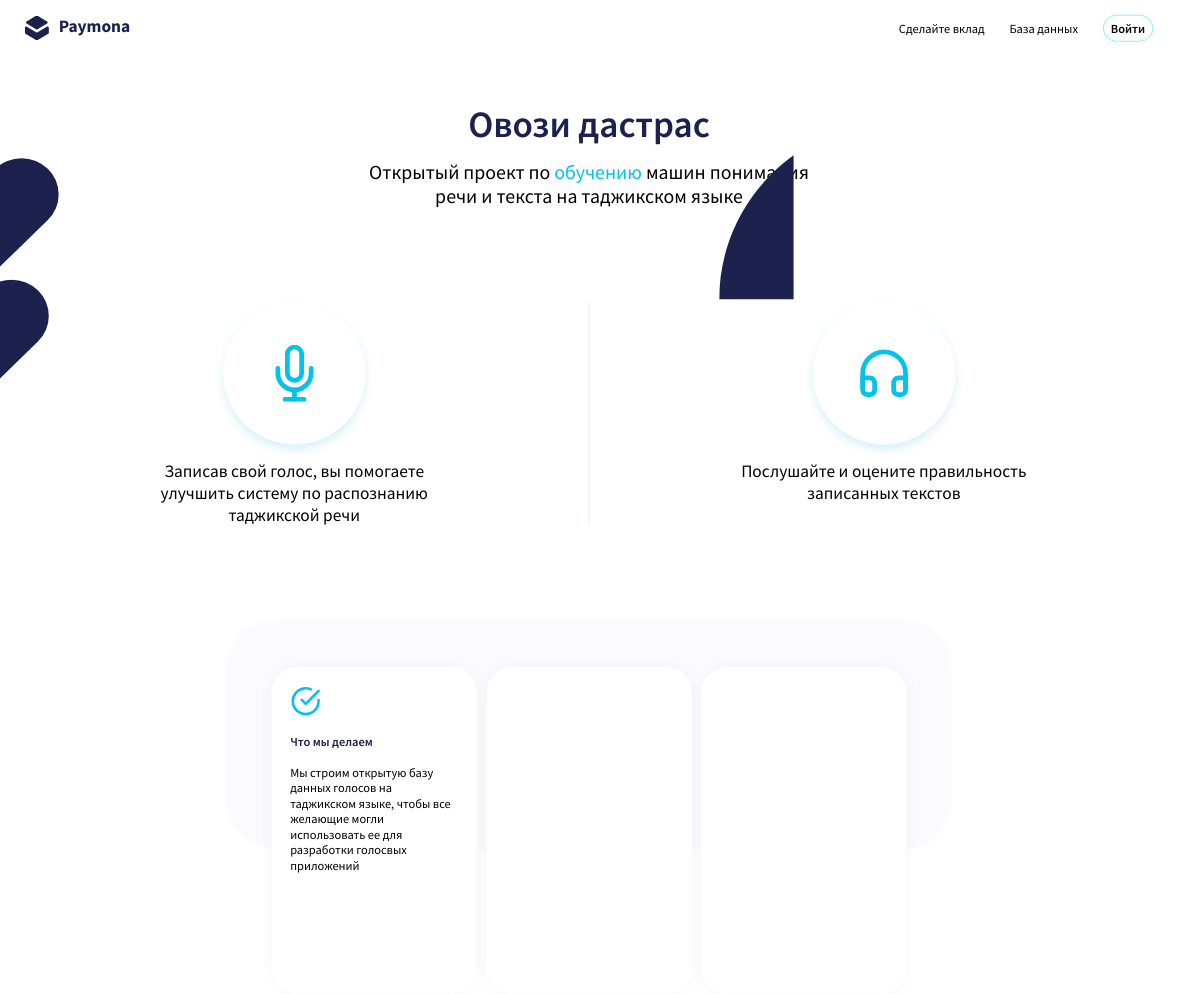
Repository: Amin444/Paymona-Sadp
Page: index.html
These files come from the project's save history. The page is drawn as it stood at one moment and after the next save; the edit follows.
The browser window is 1280 px wide. The page is 1900 px wide, so the pictures cover 1900 px, including what lies to the right of the window. The pictures show the whole page, at 62% of full size.

Above is the page before, as saved 2021-11-11 17:46:31.

### index.html
<!DOCTYPE html>
<html lang="en">
<head>
  <meta charset="UTF-8">
  <link rel="stylesheet" href="./style.css">
  <meta http-equiv="X-UA-Compatible" content="IE=edge">
  <meta name="viewport" content="width=device-width, initial-scale=1.0">
  <title>Paymona Sado</title>
</head>
<body>

  <div class="root">

    <div class="container">


        <div class="header">
          <div class="logoBlock">
            <img src="./img/logo.svg" class="logo" alt="">
            <p class='textLogo'>Paymona</p>
          </div>

          <div class="menu">
             <div class="items">Сделайте вклад</div>
             <div class="items">База данных</div>
             <div class="items border">Войти</div>
          </div>

        </div>

         <div class="elips">
           <svg width="120" height="285" viewBox="0 0 120 285" fill="none" xmlns="http://www.w3.org/2000/svg">
             <path d="M285 -1.24577e-05C247.573 -1.08218e-05 210.513 7.37176 175.935 21.6943C141.357 36.0169 109.939 57.0099 83.4745 83.4746C57.0098 109.939 36.0169 141.357 21.6943 175.935C7.37172 210.513 -1.57297e-05 247.573 -1.24577e-05 285L285 285L285 -1.24577e-05Z" fill="#1D214E"/>
           </svg>
         </div>

         <div class="rectangle2">
           <svg width="79" height="365" viewBox="0 0 79 365" fill="none" xmlns="http://www.w3.org/2000/svg">
             <rect width="118.426" height="472.716" rx="59.2128" transform="matrix(0.716507 0.69758 -0.716507 0.69758 18.7041 -24)" fill="#1D214E"/>
           </svg>

         </div>

         <div class="rectangle">
            <svg width="95" height="365" viewBox="0 0 95 365" fill="none" xmlns="http://www.w3.org/2000/svg">
             <rect width="118.426" height="472.716" rx="59.2128" transform="matrix(0.716507 0.69758 -0.716507 0.69758 34.7041 -24)" fill="#1D214E"/>
            </svg>
         </div>

        <div class="title">
           <h1>Овози дастрас</h1>
           <p class="desc">Открытый проект по <blue>обучению</blue> машин понимания <br> речи и текста на таджикском языке</p>
        </div>

        <div class="Listen-and-record">
           <div class="record-block">
              <div class="circles">
                <div class="imgBlock">
                  <img src="./img/Group.svg" class="asd" >
                </div>
              </div>
              <span class="text">Записав свой голос, вы помогаете улучшить систему по распознанию таджикской речи</span>
           </div>

           <hr>

           <div class="record-block">
              <div class="circles">
                <div class='imgBlock'>
                  <img src="./img/Group2.svg" class="asd" >
                </div>
              </div>
              <span class="text"> Послушайте и оцените правильность записанных текстов</span>
           </div>
        </div>

        <div class="how-we-do">
          <div class="bag">
            <div class="visible">
              <img src="./img/check-circle.svg">
              <p class="card-title">Что мы делаем</p>
              <p class="card-text">Мы строим открытую базу данных
                 голосов на таджикском языке,
                 чтобы все желающие могли использовать
                 ее для разработки голосвых приложений</p>
            </div>
            <div class="visible"></div>
            <div class="visible"></div>
          </div>
        </div>
      </div>
  </div>
</body>
</html>

### style.css
@import url('https://fonts.googleapis.com/css2?family=Source+Sans+Pro:ital,wght@0,200;0,300;0,400;0,600;0,700;0,900;1,200;1,300;1,400;1,600;1,700;1,900&display=swap');

*{
  margin: 0;
  padding: 0;
  border: none;
  outline: none;
  font-family: 'Source Sans Pro', sans-serif;
  font-weight: 500;

}

.root{
  width: 1900px;
  display: flex;
  justify-content: center;
}
.container{
  width: 100%;
}

.header{
  height: 90px;
  padding: 0 40px;
  display: flex;
  align-items: center;
  justify-content: space-between;
}

.textLogo{
  color: #1D214E;
  font-weight: 700;
  font-size: 28px;
  line-height: 35px;
}

.logo{
  width: 40px;
  height: 40px;
}
.logoBlock{
  width:170px;
  display: flex;
  justify-content: space-between;
}
.menu{
  display: flex;
  gap: 40px;
  align-items: center;
  font-weight: 400;
  font-size: 20px;
  line-height:25px;
}
.items{
  cursor: pointer;
}
.border{
  padding: 8px 12px;
  border: 1px solid rgba(73, 222, 255, 1);
  border-radius: 50px;
  font-weight: 600;
}
.title{
  margin-top: 72px;
  display: flex;
  flex-direction: column;
  align-items: center;
}

h1{
  color: rgba(29, 33, 78, 1);
  font-weight: 600;
  font-size: 60px;
  line-height:75px;
  margin-bottom: 20px;
}
.desc{
  font-weight: 400;
  font-size: 32px;
  text-align: center;
}
blue{
  color: rgba(3, 194, 236, 1);
}
.elips{
  position: absolute;
  right: 0;
  top: 198px;
}

.rectangle{
  position: absolute;
  top: 255px
}
.rectangle2{
  position: absolute;
  top: 451px
}

.Listen-and-record{
  margin-top: 150px;
  display: flex;
  justify-content: space-evenly;
}
.record-block{
  display: flex;
  align-items: center;
  flex-direction: column;
}

.circles{
  border-radius: 50%;
  box-shadow: 0px 8px 16px rgba(0, 160, 210, 0.16);
  background-color: #fff;
  width: 230px;
  height: 230px;
}
.imgBlock{
  width: 100%;
  height: 100%;
  display: flex;
  justify-content: center;
  align-items: center;
}
.asd{
  width: 40%;
  height: 40%;
}

.text{
  margin-top: 24px;
  display: block;
  text-align: center;
  width: 496px;
  font-weight: 400;
  font-size: 28px;
}
hr{
  border: 1px solid rgba(234, 243, 252, 1);
  height: 359px;
}

.how-we-do{
  margin-top: 150px;
  display: flex;
  justify-content: center;
  position: relative;
}

.bag{
  position: absolute;
  width: 80vw;
  height: 294px;
  background:#FBFAFF;
  border-radius: 80px;
  display: flex;
  justify-content: space-between;
  padding: 77px 73px 0 73px;
}
.visible{
  width: 271px;
  height:467px;
  box-shadow: 0px 0px 24px rgba(0, 0, 0, 0.04);
  border-radius: 40px;
  background:#fff;
  padding: 30px
}
.card-title{
  margin-top: 24px;
  font-weight: 600;
  font-size: 20px;
  color: rgba(29, 33, 78, 1)
}
.card-text{
  margin-top: 24px;
  font-weight: 400;
  font-size: 20px;
  lin
}

### img/logo.svg
<svg width="24" height="24" viewBox="0 0 24 24" fill="none" xmlns="http://www.w3.org/2000/svg">
<path d="M23.2727 11.9119V16.6433C23.2731 16.8543 23.2169 17.0618 23.1094 17.2464C23.0019 17.4309 22.8466 17.5864 22.6582 17.6981L12.3229 23.8128C12.1153 23.9351 11.8758 24 11.6314 24C11.387 24 11.1475 23.9351 10.9399 23.8128L0.616444 17.6943C0.427833 17.5828 0.272261 17.4273 0.164406 17.2428C0.0565516 17.0583 -2.98523e-05 16.8507 1.18183e-08 16.6396V11.9119C-3.13489e-05 11.6902 0.0623511 11.4726 0.180679 11.2816C0.299007 11.0906 0.468973 10.9331 0.672954 10.8255C0.876934 10.7179 1.1075 10.6641 1.34075 10.6696C1.574 10.6752 1.80144 10.7399 1.99949 10.8571L10.9399 16.1535C11.1475 16.2758 11.387 16.3407 11.6314 16.3407C11.8758 16.3407 12.1153 16.2758 12.3229 16.1535L21.2653 10.8571C21.4634 10.7373 21.6918 10.6704 21.9264 10.6636C22.1611 10.6567 22.3934 10.71 22.5989 10.818C22.8043 10.9259 22.9754 11.0845 23.0939 11.277C23.2125 11.4695 23.2743 11.6888 23.2727 11.9119Z" fill="#1D214E"/>
<path d="M10.9383 13.2688L1.76081 7.81102C1.57388 7.69908 1.41986 7.54397 1.31312 7.36018C1.20638 7.17639 1.15039 6.96991 1.15039 6.76C1.15039 6.5501 1.20638 6.34361 1.31312 6.15982C1.41986 5.97603 1.57388 5.82093 1.76081 5.70898L10.9344 0.193005C11.1431 0.0669478 11.3854 0 11.6328 0C11.8802 0 12.1224 0.0669478 12.3312 0.193005L21.5107 5.70898C21.6976 5.82093 21.8516 5.97603 21.9584 6.15982C22.0651 6.34361 22.1211 6.5501 22.1211 6.76C22.1211 6.96991 22.0651 7.17639 21.9584 7.36018C21.8516 7.54397 21.6976 7.69908 21.5107 7.81102L12.3253 13.2688C12.1173 13.3921 11.877 13.4575 11.6318 13.4575C11.3866 13.4575 11.1463 13.3921 10.9383 13.2688Z" fill="#1D214E"/>
</svg>

After the next save:
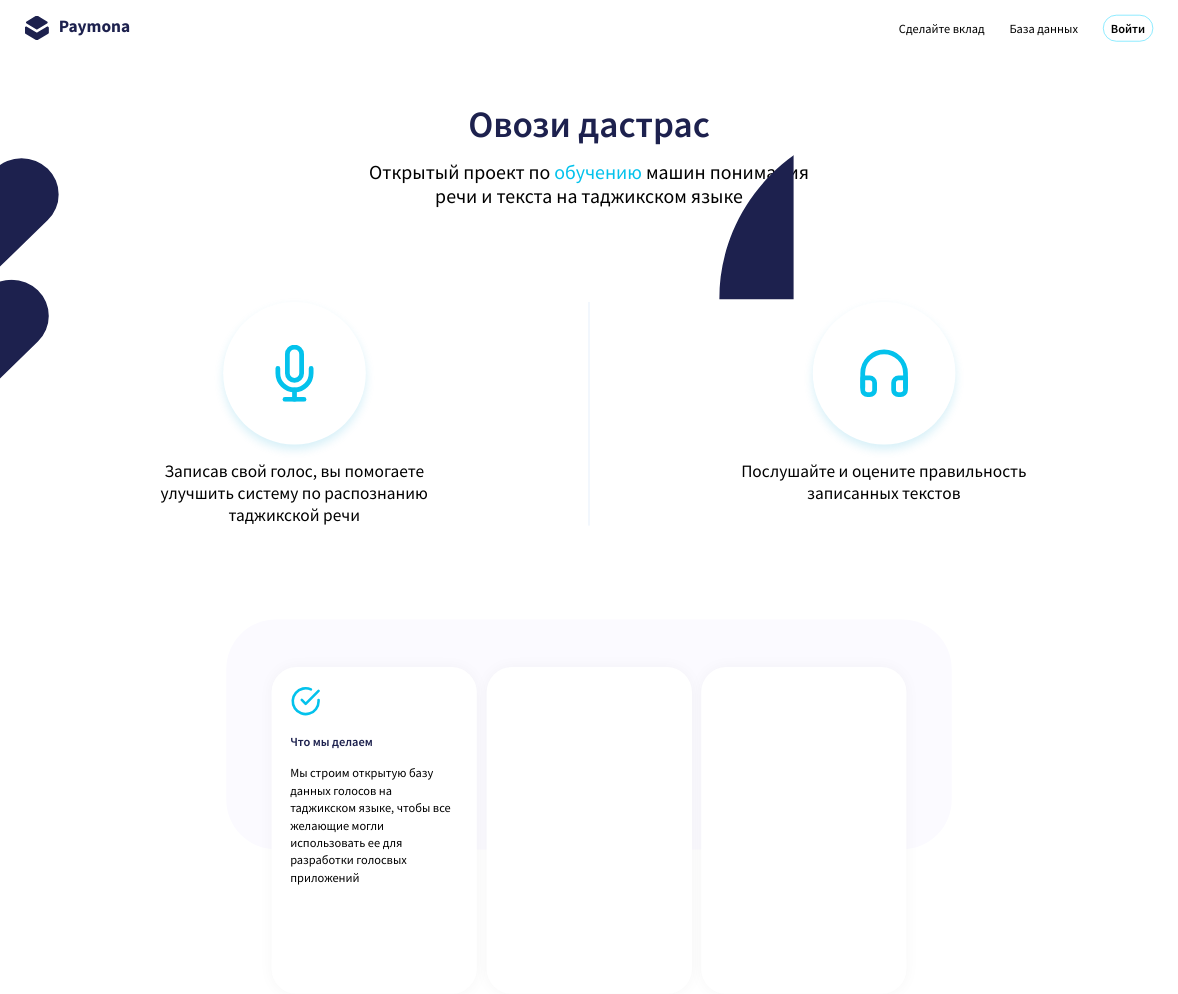
Saved 3 s later.
--- a/style.css
+++ b/style.css
@@ -175,5 +175,5 @@ hr{
   margin-top: 24px;
   font-weight: 400;
   font-size: 20px;
-  lin
+  line-height: 28px;
 }
